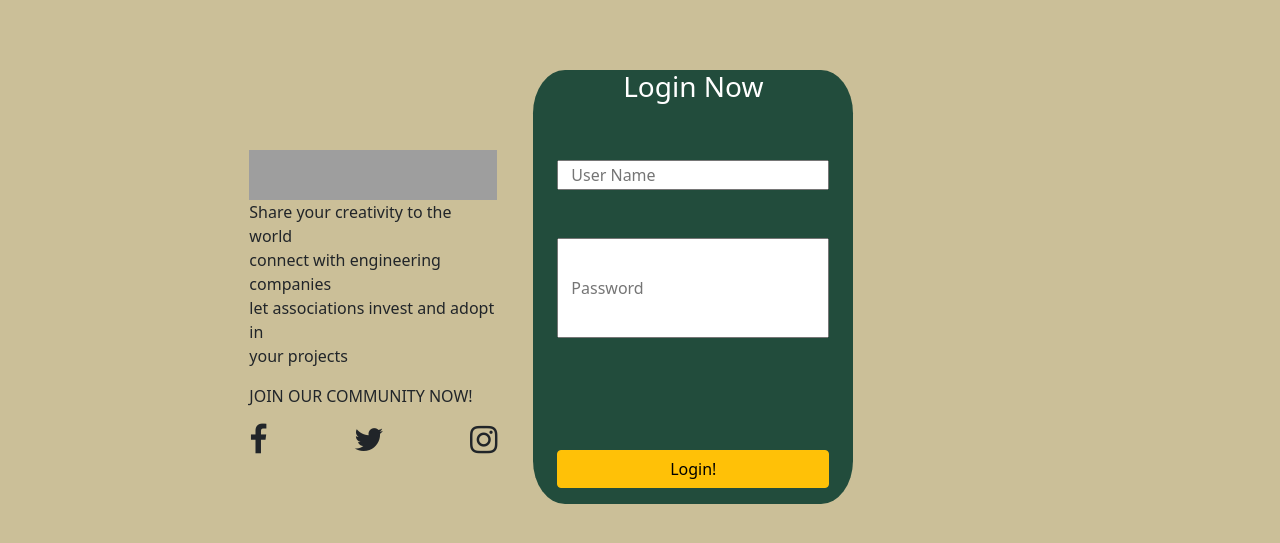
Repository: ahmadjamal-1997/Project-Taqadam
Page: http://localhost/Taqadam/WEB-INF/login.jsp
These files come from the project's save history. The page is drawn as it stood at one moment and after the next save; the edit follows.
The browser window is 1280 px wide. The pictures show the whole page.
Pictures or frames that could not be fetched are drawn as grey boxes. The page is served by Tomcat 9. Nobody is signed in. The template is opened directly, without the code that normally fills it, so the values that code supplies are empty.

Above is the page before, as saved 2022-03-31 10:32:51.

After the next save:
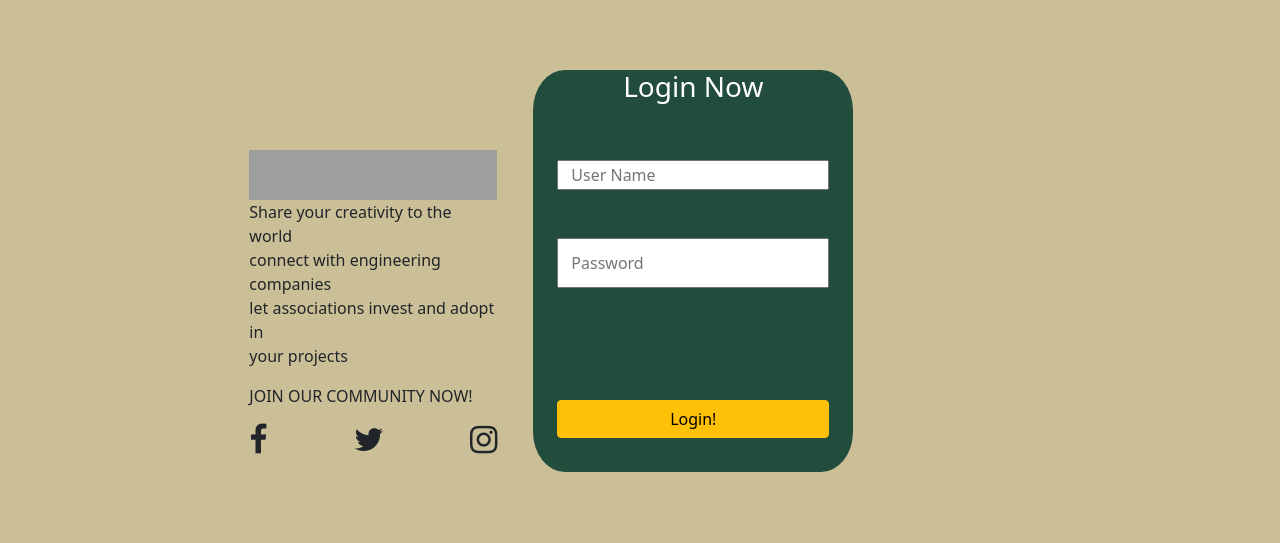
Saved 5 s later.
--- a/Taqadam-new/Taqadam-java/Taqadam-new/Taqadam/src/main/webapp/WEB-INF/login.jsp
+++ b/Taqadam-new/Taqadam-java/Taqadam-new/Taqadam/src/main/webapp/WEB-INF/login.jsp
@@ -58,7 +58,7 @@
            			 <input type="text" id="email" name="username" placeholder="User Name"/>
       			</div>
 
-            <div class="row mb-3 mt-5" style="height:100px">
+            <div class="row mb-3 mt-5" style="height:50px">
             <input type="password" id="password" name="password" placeholder="Password"/>
             </div>
             <div class="row mb-3" style="height:80px">
